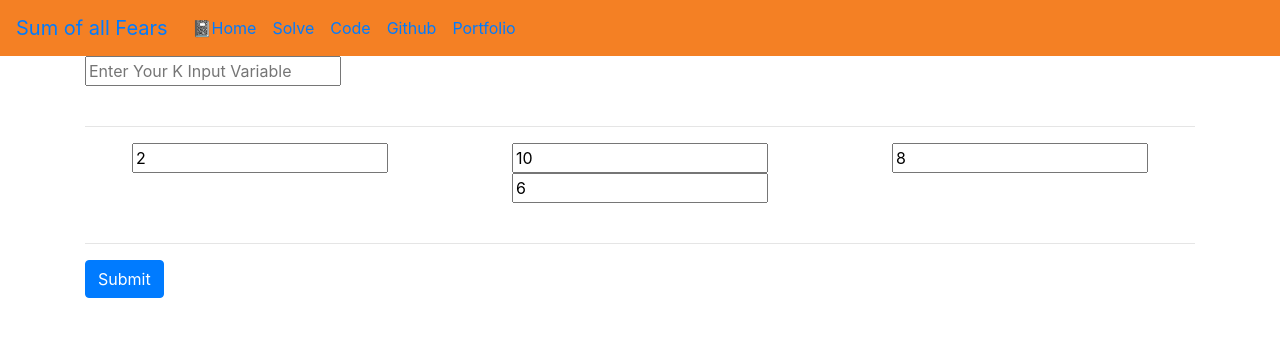
Repository: zhadjah9559/BrainBufferOverflow
Page: solve.html
An editor plug-in stored every save of this project. The page is shown before and after the next save, followed by the edit.
The browser window is 1280 px wide. The pictures show the whole page.

Above is the page before, as saved 2021-01-18 01:01:37.

After the next save:
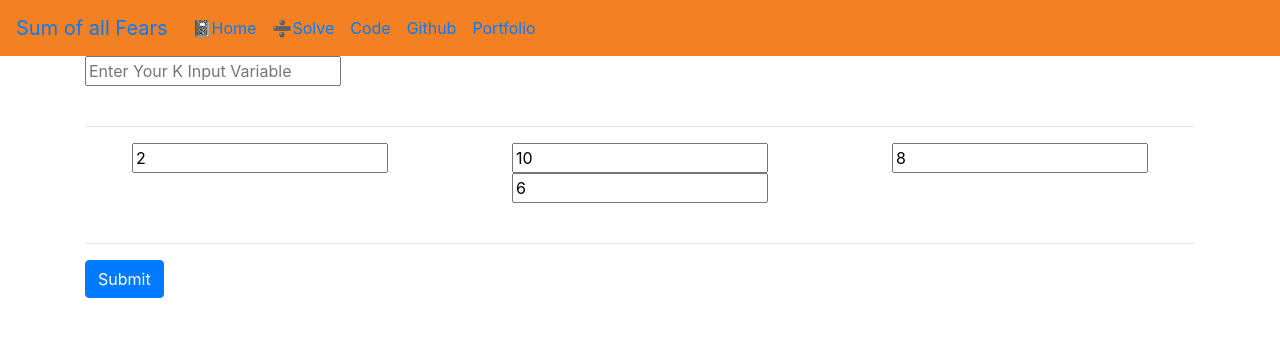
Saved 12 s later.
--- a/solve.html
+++ b/solve.html
@@ -21,7 +21,7 @@
                     <a class="nav-link" href="index.html">📓Home </a>
                 </li>
                 <li class="nav-item active">
-                    <a class="nav-link" href="solve.html">Solve<span class="sr-only">(current)</span></a>
+                    <a class="nav-link" href="solve.html">➗Solve<span class="sr-only">(current)</span></a>
                 </li>
                  <li class="nav-item">
                     <a class="nav-link" href="code.html">Code</a>
